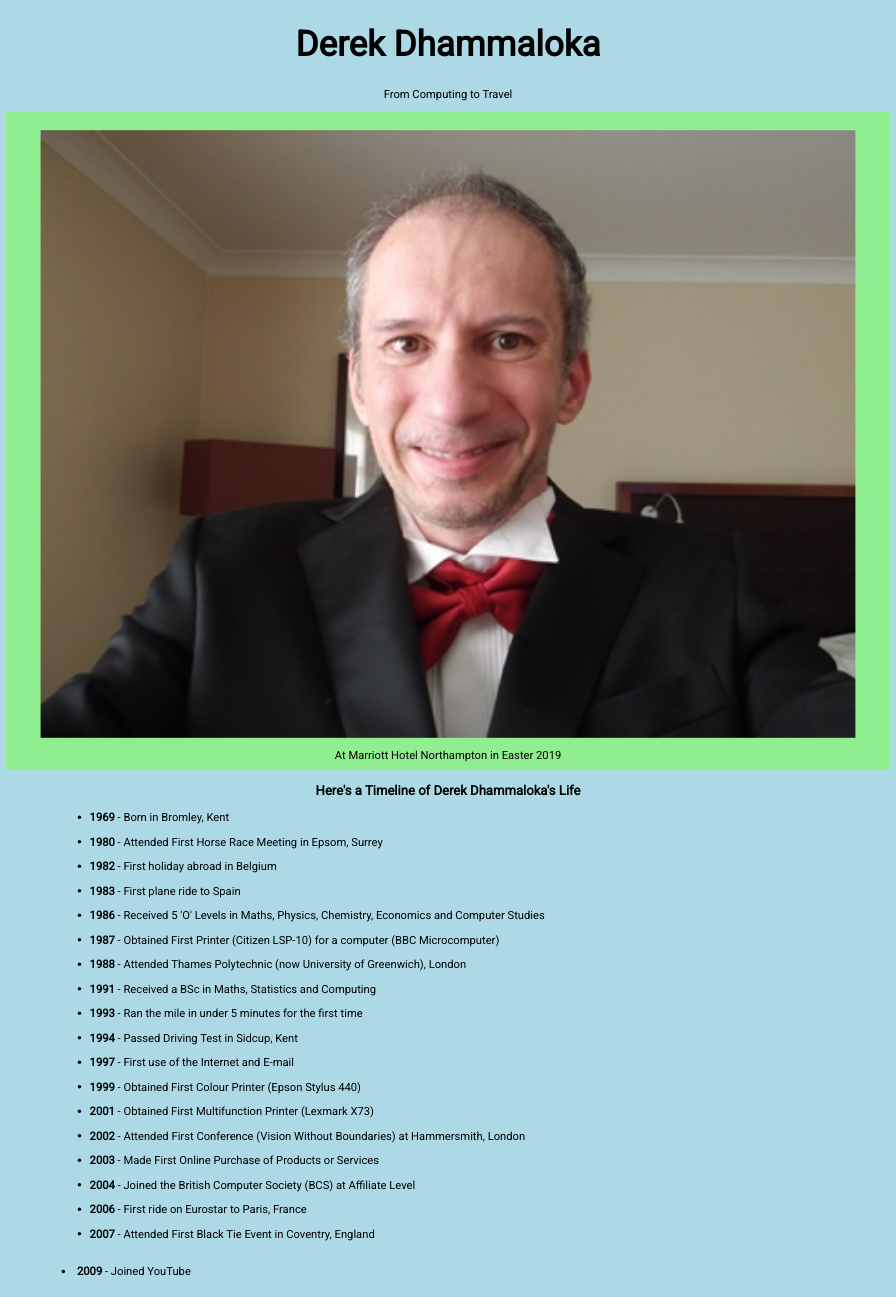
Repository: derektypist/tribute-page
Page: index.html
The author's editor kept a record of every edit. The page is drawn from the files as they stood at one moment, then again after the next edit.
The browser window is 1280 px wide. The pictures show the whole page, at 70% of full size.

Above is the page before.

After the next edit:
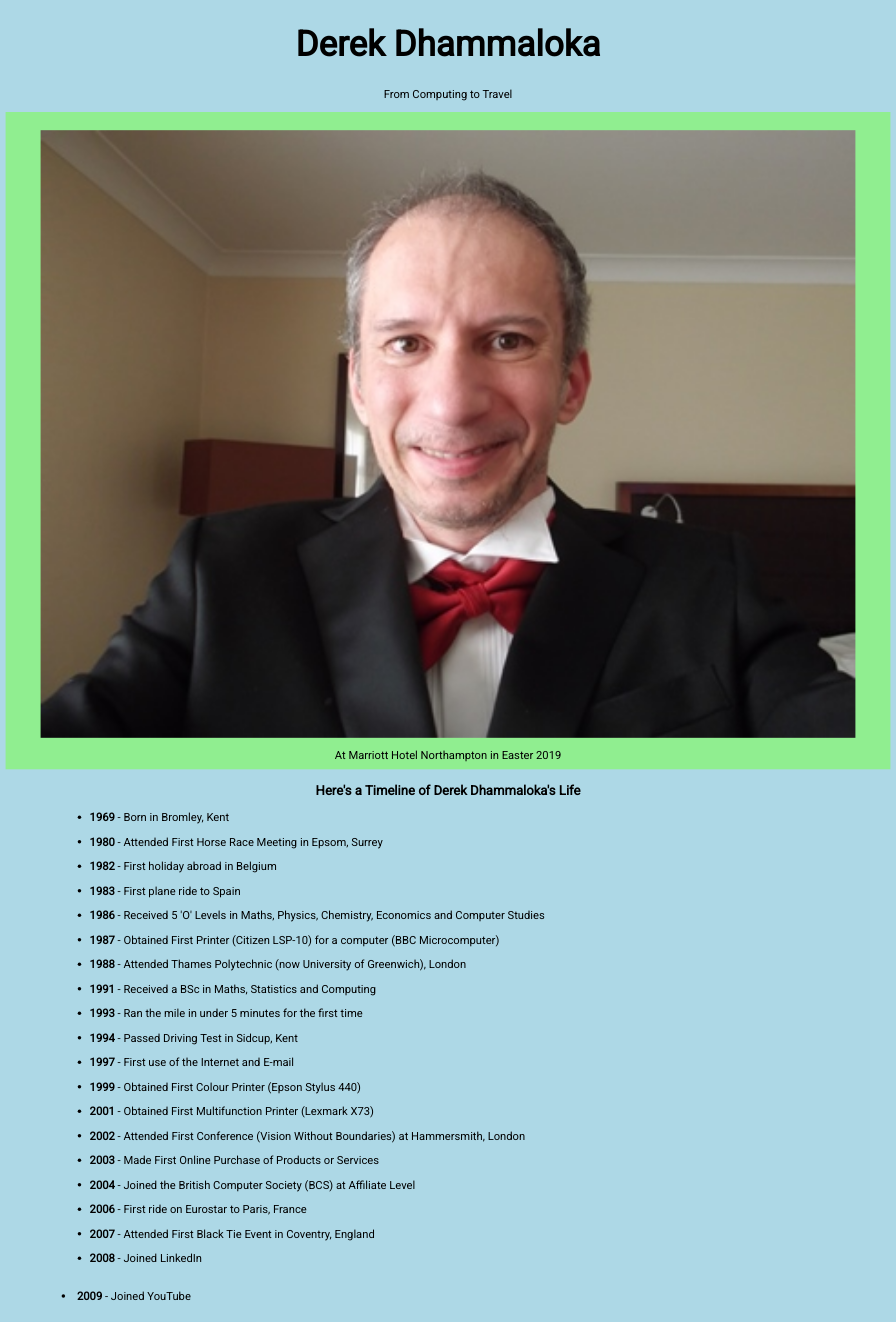
The edit:
--- a/index.html
+++ b/index.html
@@ -170,7 +170,7 @@
 
                 <!-- Display Information for 2008 -->
                 <ul>
-
+                    <li><strong>2008 </strong>- Joined LinkedIn</li>
                 </ul>
 
                 <br>
